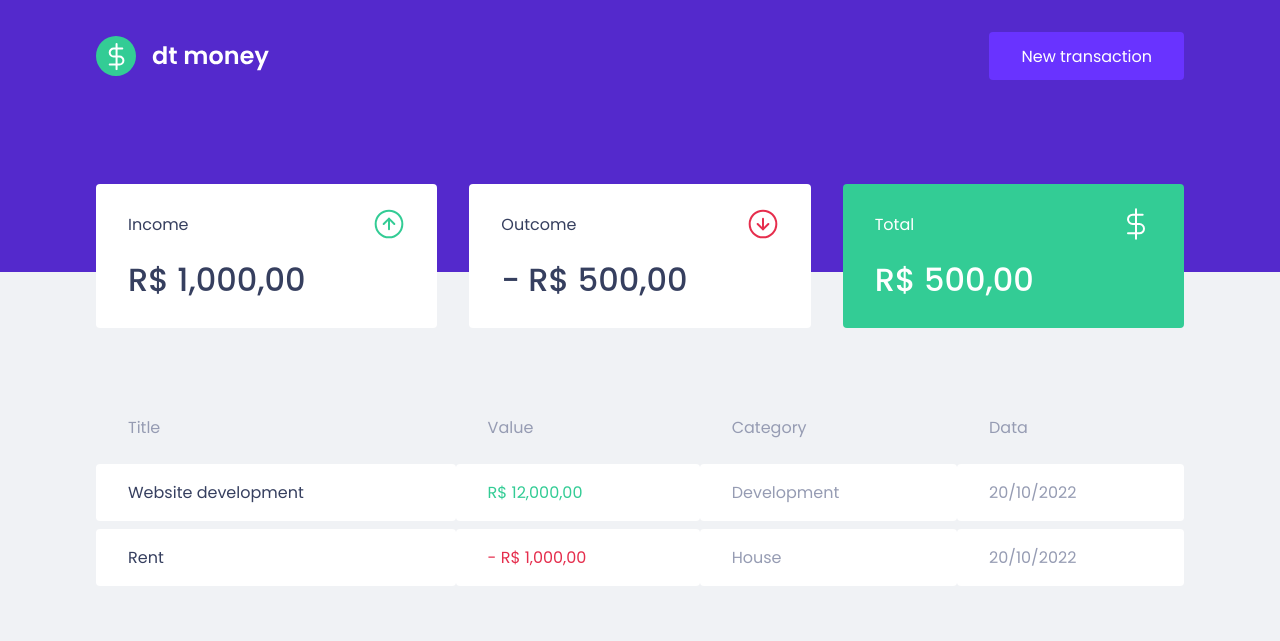
Repository: JoseGu1llardi/dtmoney
Page: /
These files come from the project's save history. The page is drawn as it stood at one moment and after the next save; the edit follows.
The browser window is 1280 px wide. The pictures show the whole page.
The project was rebuilt for these pictures with package versions that can differ from the ones it lists, and the page was loaded fresh each time.

Above is the page before, as saved 2023-01-01 20:33:45.

After the next save:
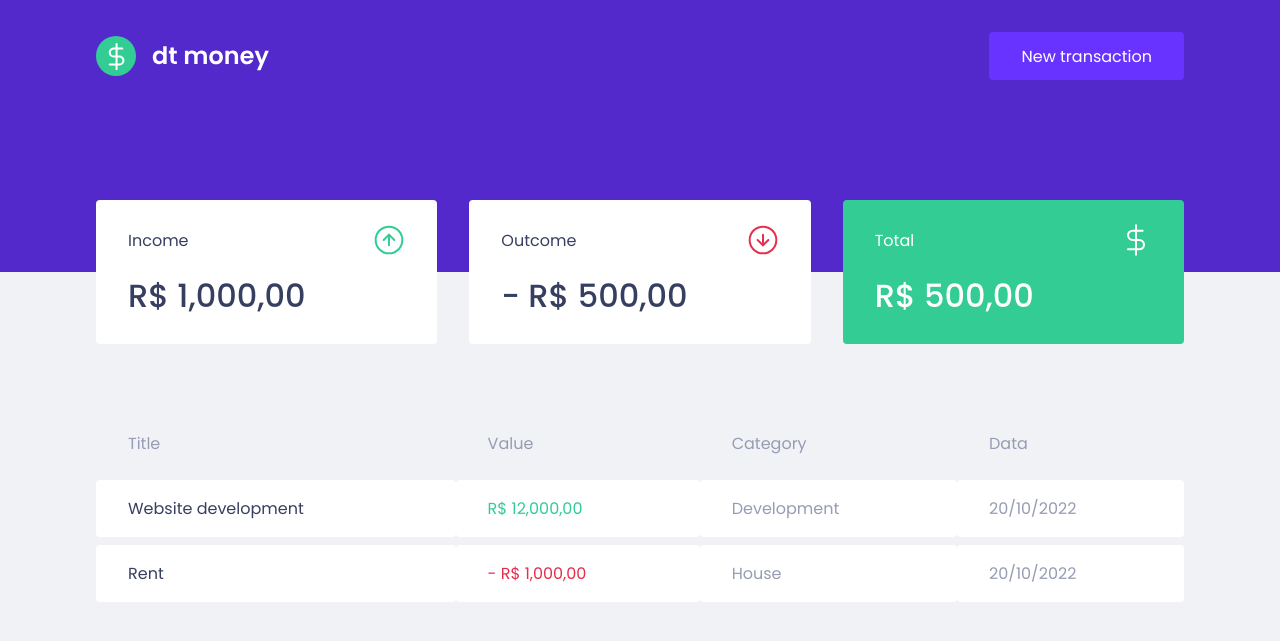
Saved 35 s later.
--- a/src/components/Summary/styles.ts
+++ b/src/components/Summary/styles.ts
@@ -4,7 +4,7 @@ export const Container = styled.div`
   display: grid;
   grid-template-columns: repeat(3, 1fr);
   gap: 2rem;
-  margin-top: -8rem;
+  margin-top: -7rem;
 
   div {
     background: var(--shape);
